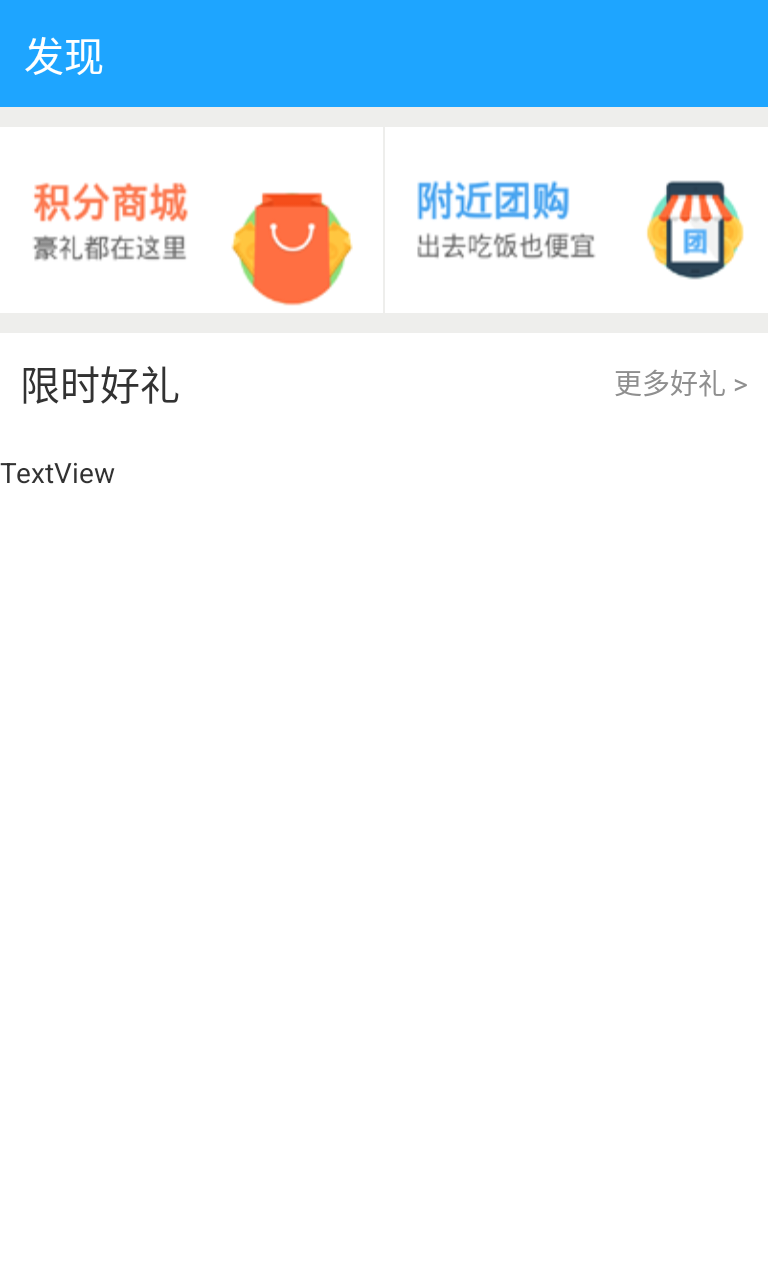
Repository: shi1hh/v
Layout: HungryTest/res/layout/fragment_faxian.xml
These files come from the project's save history. The layout is drawn as it stood at one moment and after the next save; the edit follows.
It is drawn on a 768 x 1280 px phone screen (xhdpi) without system bars, with theme android:Theme.Light.NoTitleBar; the app's code is not run. Lists and similar views that code fills are empty.

Above is the layout before, as saved 2015-10-25 05:18:57.

After the next save:
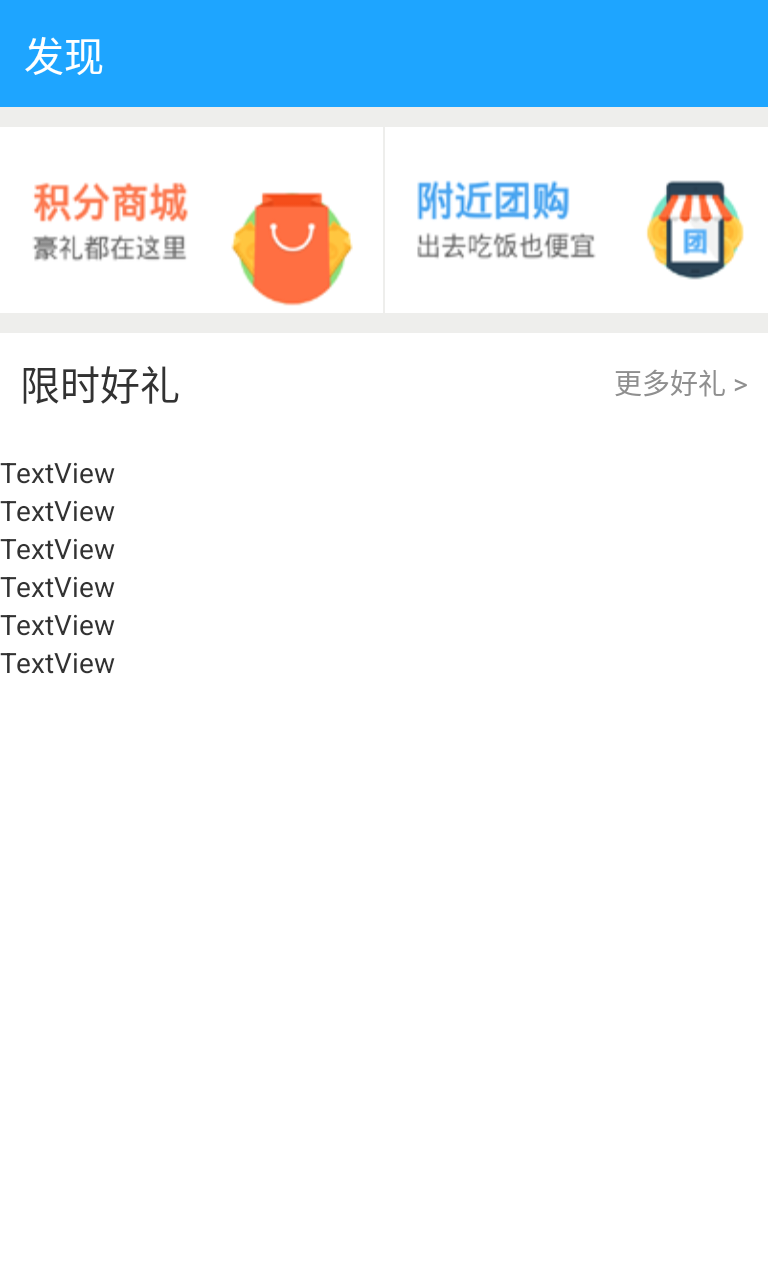
Saved 36 s later.
--- a/HungryTest/res/layout/fragment_faxian.xml
+++ b/HungryTest/res/layout/fragment_faxian.xml
@@ -97,5 +97,30 @@
         android:layout_width="wrap_content"
         android:layout_height="wrap_content"
         android:text="TextView" />
+        <TextView
+        android:id="@+id/textView3"
+        android:layout_width="wrap_content"
+        android:layout_height="wrap_content"
+        android:text="TextView" />
+            <TextView
+        android:id="@+id/textView3"
+        android:layout_width="wrap_content"
+        android:layout_height="wrap_content"
+        android:text="TextView" />
+                <TextView
+        android:id="@+id/textView3"
+        android:layout_width="wrap_content"
+        android:layout_height="wrap_content"
+        android:text="TextView" />
+                    <TextView
+        android:id="@+id/textView3"
+        android:layout_width="wrap_content"
+        android:layout_height="wrap_content"
+        android:text="TextView" />
+                        <TextView
+        android:id="@+id/textView3"
+        android:layout_width="wrap_content"
+        android:layout_height="wrap_content"
+        android:text="TextView" />
 
 </LinearLayout>
